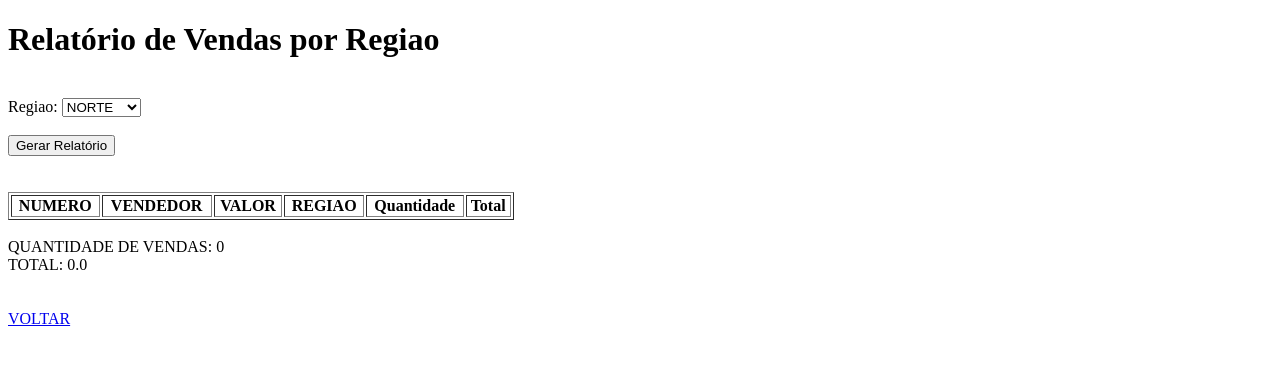
Repository: gabriellacrystina/workspaceWeb
Page: http://localhost/PrjVendas/RelatorioVendasRegiao.jsp
These files come from the project's save history. The page is drawn as it stood at one moment and after the next save; the edit follows.
The browser window is 1280 px wide. The pictures show the whole page.
The page is served by Tomcat 9. Other server files are loaded and not shown.

Above is the page before, as saved 2015-09-23 19:31:48.

### PrjVendas/WebContent/RelatorioVendasRegiao.jsp
<%@ page language="java" contentType="text/html; charset=ISO-8859-1"
    pageEncoding="ISO-8859-1"%>
<%@ page import="Modelo.Venda" %>
<%@ page import="Modelo.Regiao" %>
<%@ page import="java.util.ArrayList" %>
<!DOCTYPE html PUBLIC "-//W3C//DTD HTML 4.01 Transitional//EN" "http://www.w3.org/TR/html4/loose.dtd">
<html>
	<head>
	<meta http-equiv="Content-Type" content="text/html; charset=ISO-8859-1">
	<title>Relatorio por Regiao</title>
	</head>
	<body>
		<form action="RelatorioVendasRegiao" method="post">
		<h1>Relatório de Vendas por Regiao</h1><br>

		Regiao:
		<select name="regiao">
			<%
				for(Regiao regiao: Regiao.values()){
				%>
					<option value = "<%=regiao.name()%>"><%=regiao.name()%></option>
				<%
				}
			%>
		</select><br><br>
		<input type="submit" name="btnSubmit" value="Gerar Relatório"><br><br><br>
		</form>
		<!--Fim o formulario-->
		<%
			ArrayList<Venda> relatorio = (ArrayList<Venda>) session.getAttribute("relatorio");
			int qtde = 0;
			double total = 0;
		%>

		<table border="1" style="width:40%">
			<thead>
				<tr>
					<th>NUMERO</th>
					<th>VENDEDOR</th>
					<th>VALOR</th>
					<th>REGIAO</th>
					<th>Quantidade</th>
					<th>Total</th>
				</tr>
			</thead>
			<%
				if(relatorio != null){
					for(Venda vendas : relatorio){
					%>
						<tr>
							<td><center><%= vendas.getNumeroVenda() %></center></td>
							<td><center><%= vendas.getVendedor().getNome() %></center></td>
							<td><center><%= vendas.getValorVenda() %></center></td>
							<td><center><%= vendas.getRegiao() %></center></td>
							<% qtde++;
							   total += vendas.getValorVenda();
							%>
						</tr>
					<%
					}
				}
			%>
		</table><br>
		<div>
			QUANTIDADE DE VENDAS: <%=qtde%><br>
			TOTAL: <%=total%>
		</div><br><br>
		<a href="Menu.jsp">VOLTAR</a><br>
	</body>
</html>

### PrjVendas/src/Modelo/Regiao.java
package Modelo;

public enum Regiao {
	NORTE, SUL, LESTE, OESTE, CENTRO;
}

After the next save:
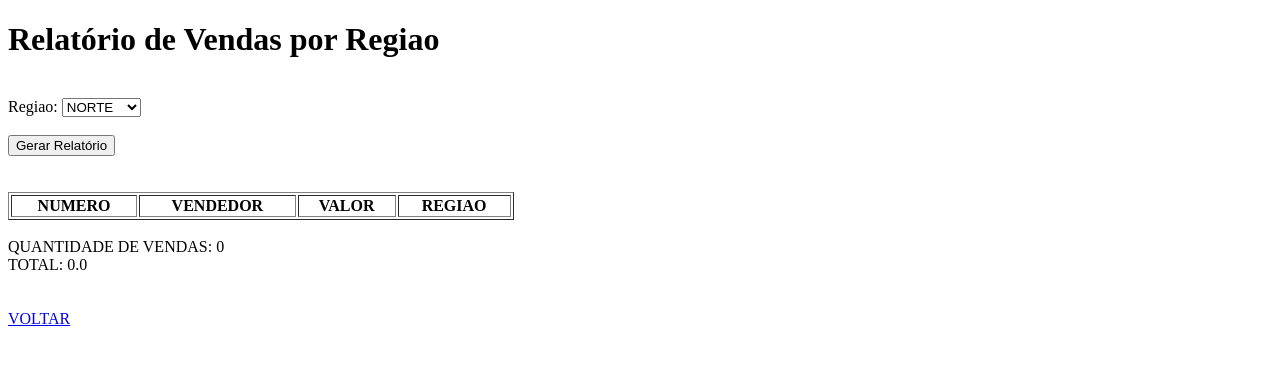
Saved 12 s later.
--- a/PrjVendas/WebContent/RelatorioVendasRegiao.jsp
+++ b/PrjVendas/WebContent/RelatorioVendasRegiao.jsp
@@ -39,8 +39,6 @@
 					<th>VENDEDOR</th>
 					<th>VALOR</th>
 					<th>REGIAO</th>
-					<th>Quantidade</th>
-					<th>Total</th>
 				</tr>
 			</thead>
 			<%
